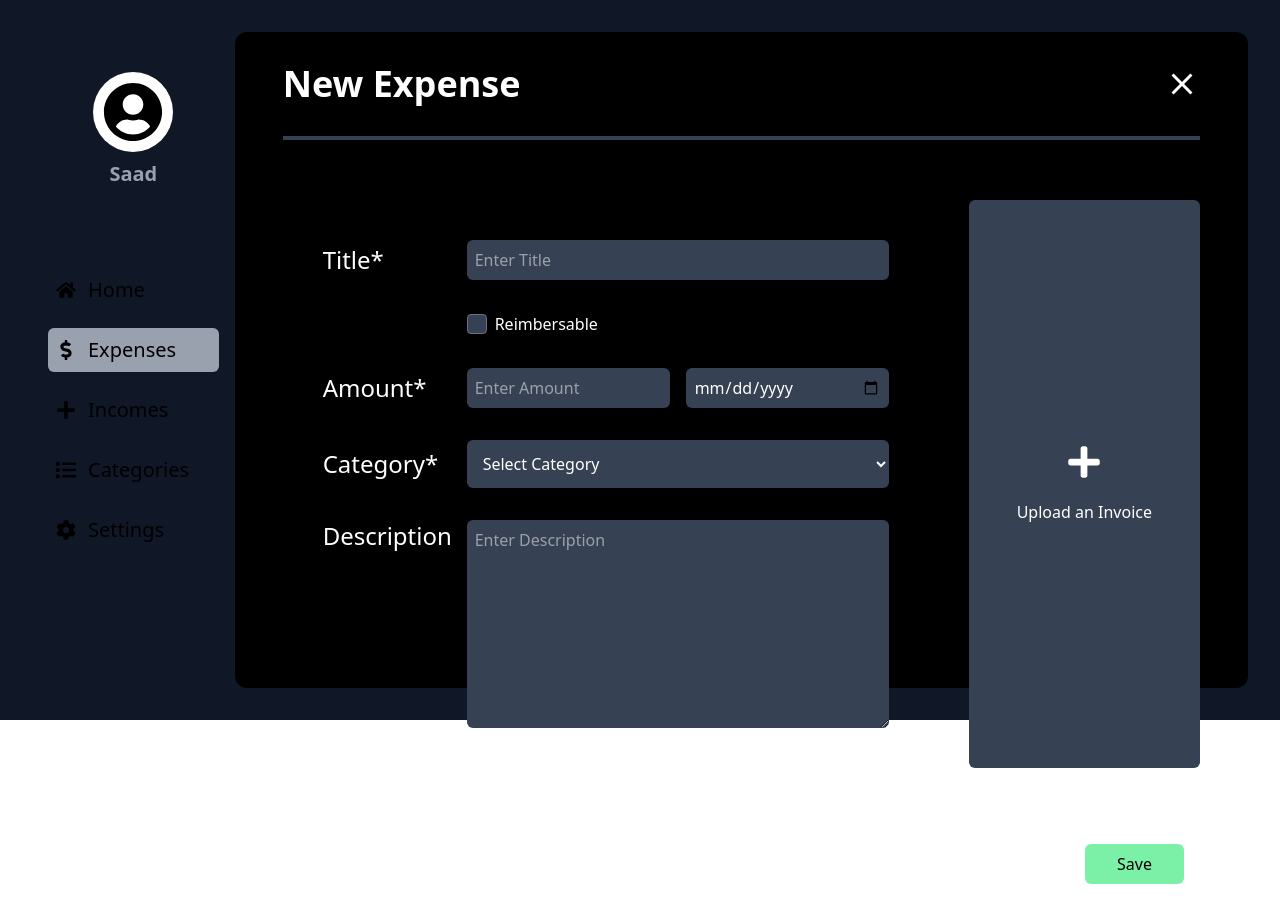
Repository: saad-naveed-brainx/Expense
Page: /expenses
These files come from the project's save history. The page is drawn as it stood at one moment and after the next save; the edit follows.
The browser window is 1280 px wide. The pictures show the whole page.
The project was rebuilt for these pictures with package versions that can differ from the ones it lists, and the page was loaded fresh each time. Also part of the build but not shown: vite.config.js, src/components/LandingPage.jsx, src/components/NotUsed.jsx.

Above is the page before, as saved 2025-09-04 17:49:45.

After the next save:
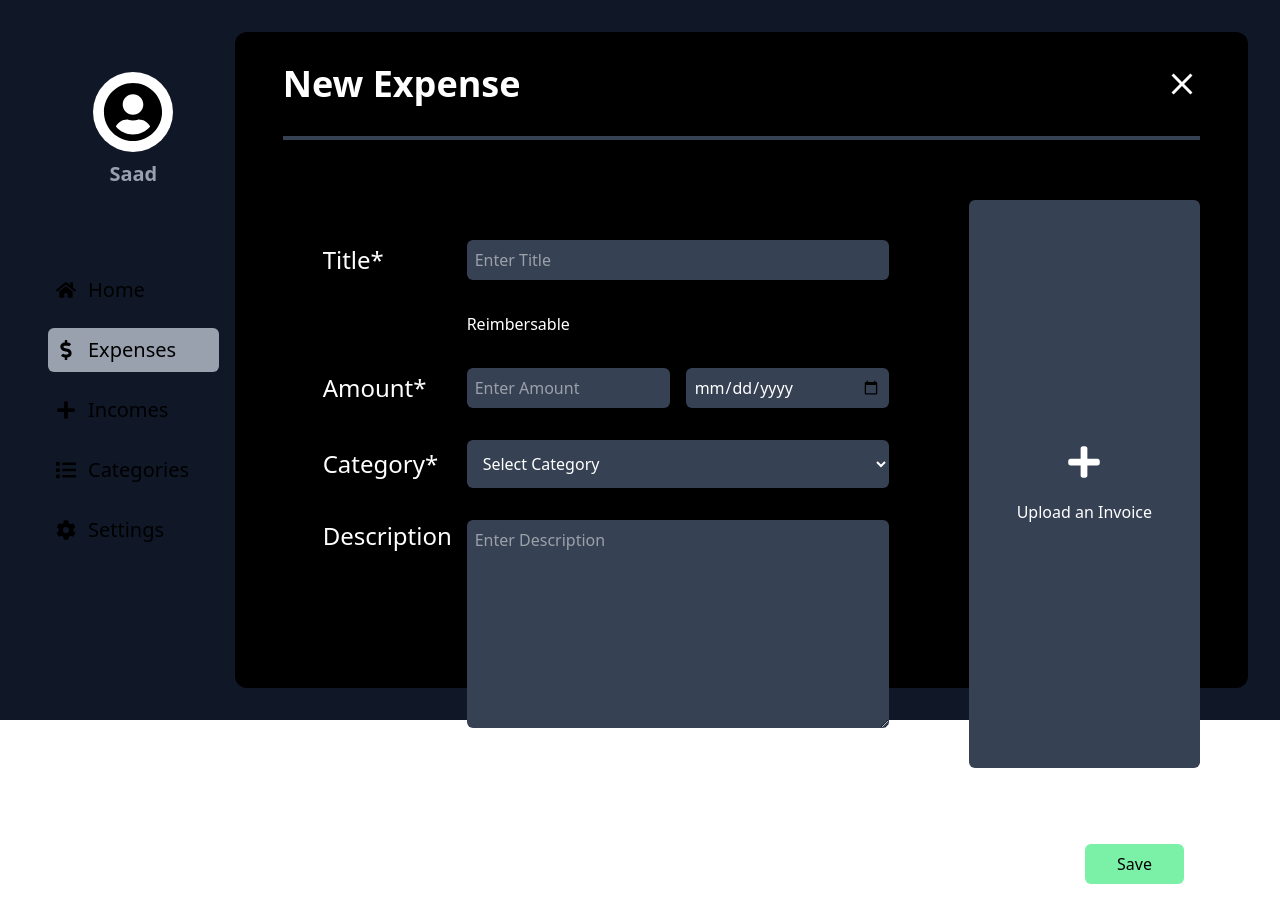
Saved 48 s later.
--- a/src/components/Expenses.jsx
+++ b/src/components/Expenses.jsx
@@ -36,11 +36,7 @@ export default function Expenses() {
               <div className='w-32 shrink-0'></div>
               <label htmlFor="reimbersable" className='flex items-center gap-2 flex-1 cursor-pointer select-none'>
                 <input id="reimbersable" type="checkbox" className='peer sr-only' {...register("reimbersable")} />
-                <span className='h-5 w-5 rounded bg-gray-700 border border-gray-500 grid place-content-center'>
-                  <svg className='h-4 w-4 text-green-500 opacity-0 peer-checked:opacity-100' viewBox="0 0 20 20" fill="currentColor" aria-hidden="true">
-                    <path fillRule="evenodd" d="M16.707 5.293a1 1 0 00-1.414 0L8 12.586 4.707 9.293a1 1 0 00-1.414 1.414l4 4a1 1 0 001.414 0l8-8a1 1 0 000-1.414z" clipRule="evenodd" />
-                  </svg>
-                </span>
+
                 <span>Reimbersable</span>
               </label>
             </div>
